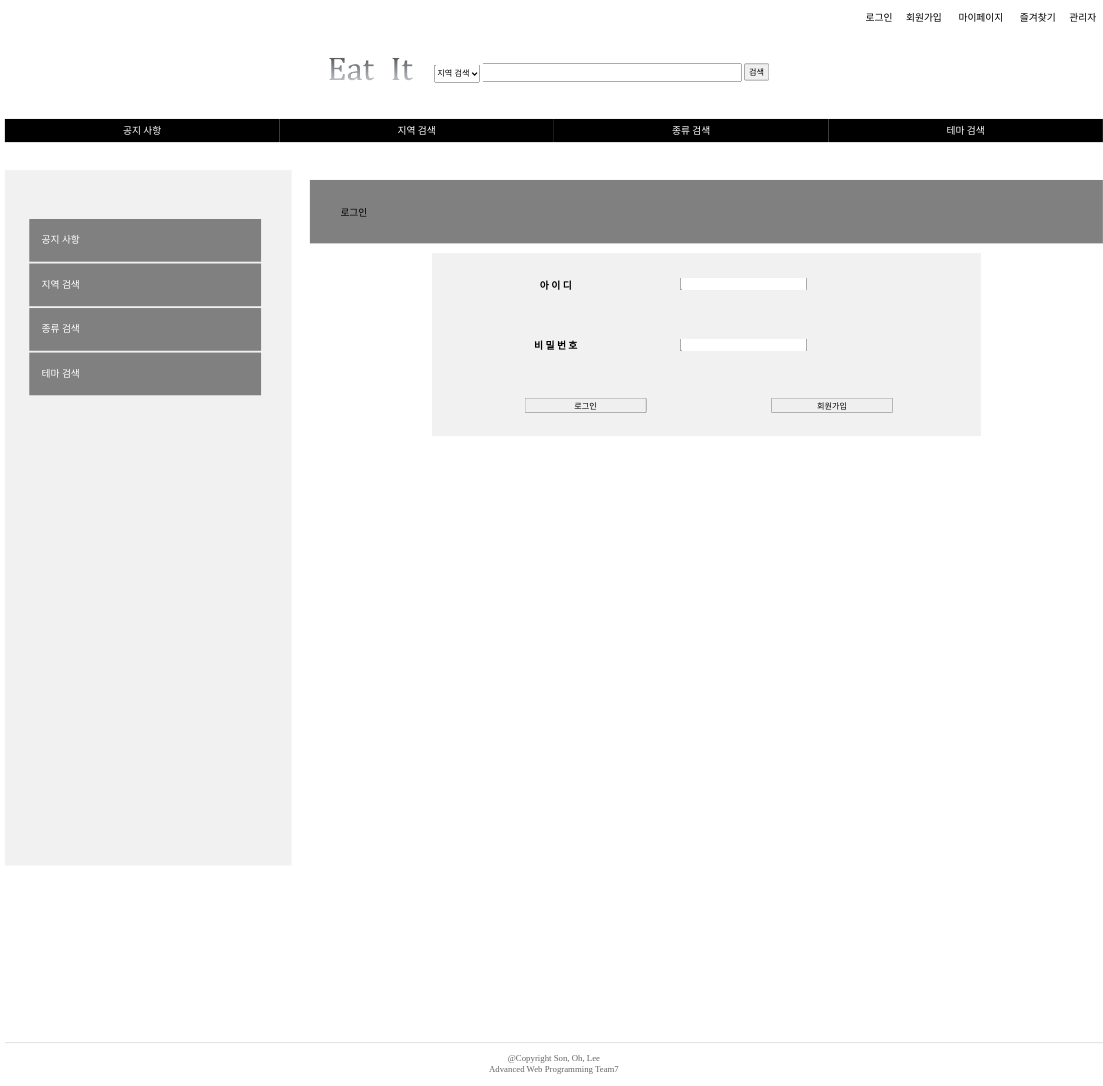
Repository: sonminho/aos
Page: http://localhost/EatIt/login.jsp
These files come from the project's save history. The page is drawn as it stood at one moment and after the next save; the edit follows.
The browser window is 1280 px wide. The page is 1808 px wide, so the pictures cover 1808 px, including what lies to the right of the window. The pictures show the whole page, at 61% of full size.
Some web libraries are served in a nearby version. The page is served by Tomcat 9.

Above is the page before, as saved 2017-12-11 11:34:57.
Console error: TypeError: Cannot read properties of undefined (reading 'style')

After the next save:
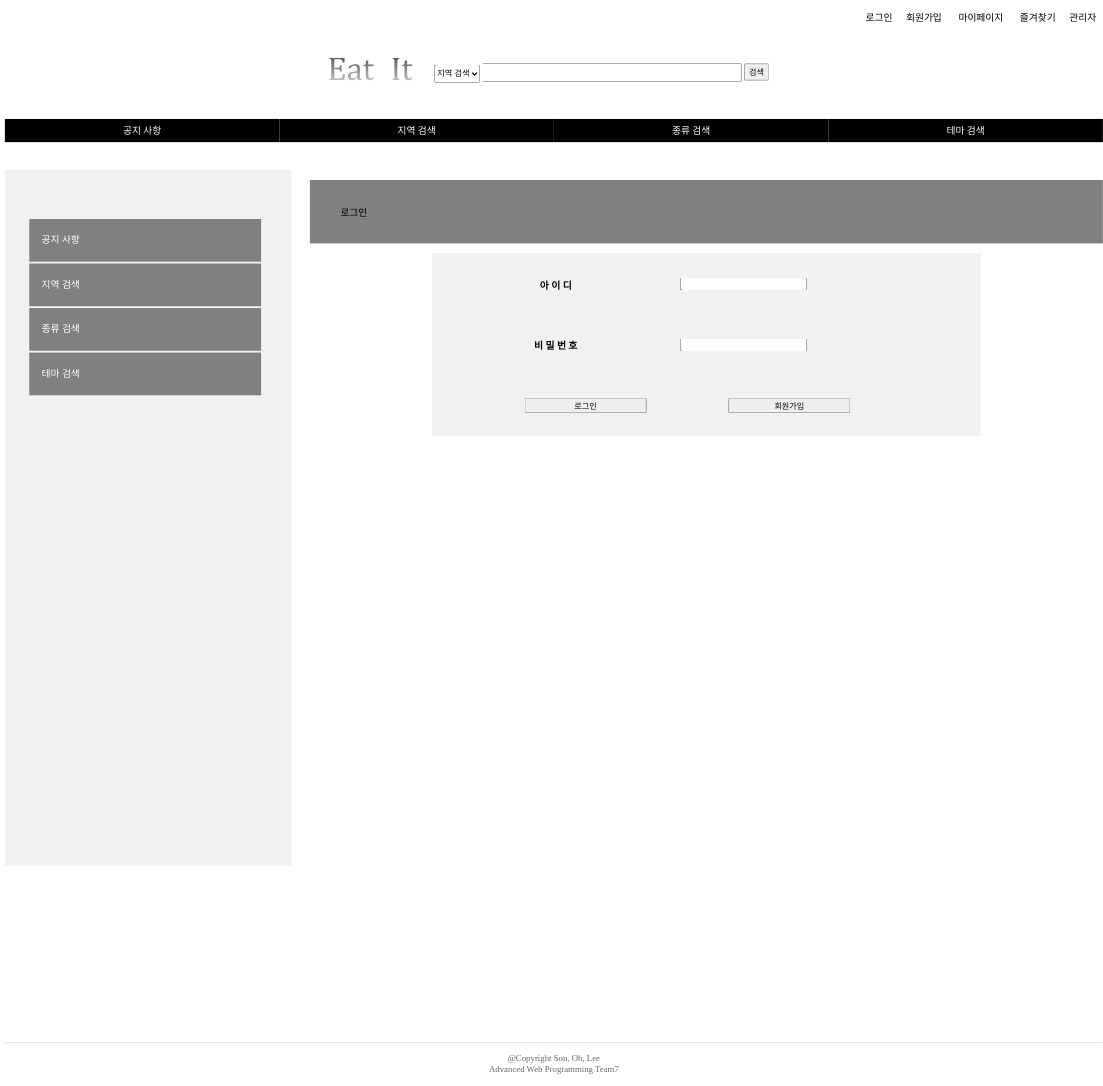
Saved 9 s later.
--- a/EatIt/EatIt/WebContent/login.jsp
+++ b/EatIt/EatIt/WebContent/login.jsp
@@ -430,7 +430,7 @@
 				</tr>
 				<tr>
 					<td style="padding-left:150px;"><input type="submit" style="width:200px;" value="로그인"></td>
-					<td style="padding-left:150px;"><input type="submit" style="width:200px;" value="회원가입"></td>
+					<td style="padding-left:80px;"><input type="submit" style="width:200px;" value="회원가입"></td>
 				</tr>
 			</table>
 			</form>
